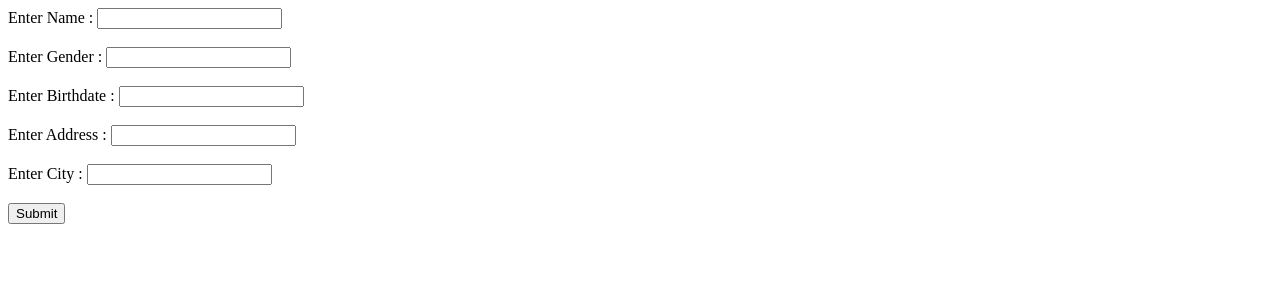
Repository: Vishalrathod8788/JEE
Page: Connectivity_demo/WebContent/index.html
These files come from the project's save history. The page is drawn as it stood at one moment and after the next save; the edit follows.
The browser window is 1280 px wide. The pictures show the whole page.

Above is the page before, as saved 2023-09-30 11:24:39.

After the next save:
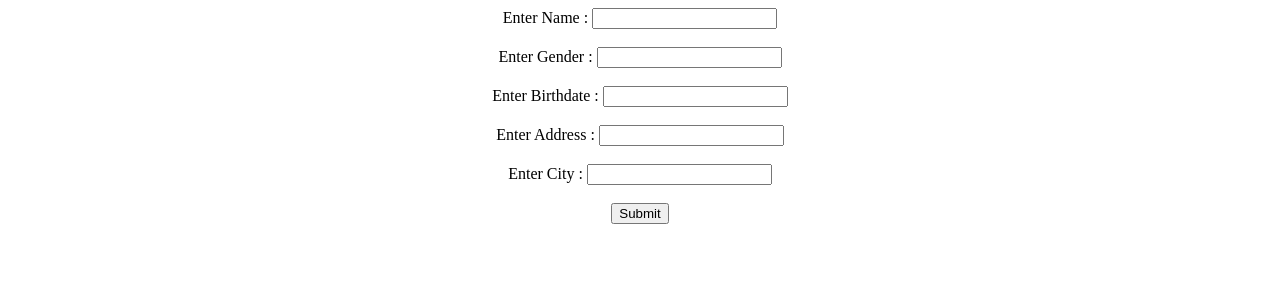
Saved 13 s later.
--- a/Connectivity_demo/WebContent/index.html
+++ b/Connectivity_demo/WebContent/index.html
@@ -5,7 +5,7 @@
 <title>Insert title here</title>
 </head>
 <body>
-	<form action="Insert_demo" method="post">
+	<form action="Insert_demo" method="post"><center>
 		Enter Name :
 		<input type="text" name="txtName" requeired /><br /><br />
 		Enter Gender :
@@ -16,7 +16,7 @@
 		<input type="text" name="txtAdd" requeired /><br /><br />
 		Enter City :
 		<input type="text" name="txtCity" requeired /><br /><br />
-		<input type="submit" />
+		<input type="submit" /></center>
 	</form>
 </body>
 </html>

After the 3 saves that followed:
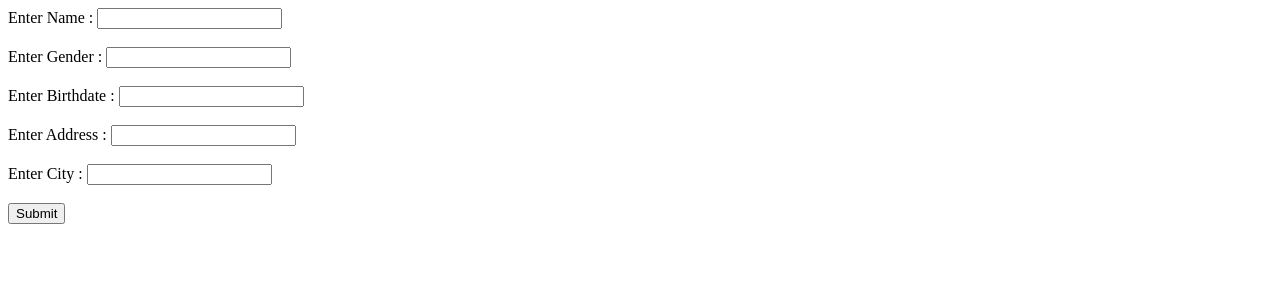
The 3 saves are shown as one change because 2 left the picture as it was.
The last was saved 116 s later.
--- a/Connectivity_demo/WebContent/index.html
+++ b/Connectivity_demo/WebContent/index.html
@@ -5,7 +5,7 @@
 <title>Insert title here</title>
 </head>
 <body>
-	<form action="Insert_demo" method="post"><center>
+	<form action="Insert_demo" method="post">
 		Enter Name :
 		<input type="text" name="txtName" requeired /><br /><br />
 		Enter Gender :
@@ -16,7 +16,7 @@
 		<input type="text" name="txtAdd" requeired /><br /><br />
 		Enter City :
 		<input type="text" name="txtCity" requeired /><br /><br />
-		<input type="submit" /></center>
+		<input type="submit" value="Submit" />
 	</form>
 </body>
 </html>
